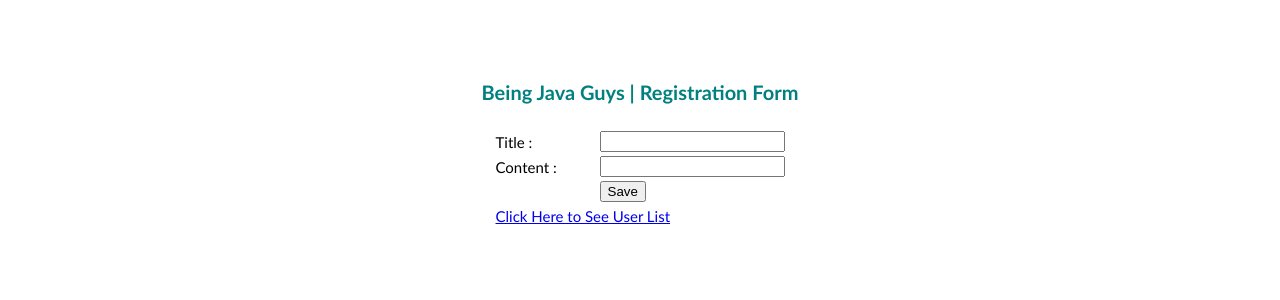
Repository: cs192-s2-2013/coffee
Page: http://localhost/BCOnlineClassroom/WEB-INF/jsp/submitpost.jsp
These files come from the project's save history. The page is drawn as it stood at one moment and after the next save; the edit follows.
The browser window is 1280 px wide. The pictures show the whole page.
The page is served by Tomcat 9. Nobody is signed in. The template is opened directly, without the code that normally fills it, so the values that code supplies are empty.

Above is the page before, as saved 2014-03-28 15:46:48.

After the next save:
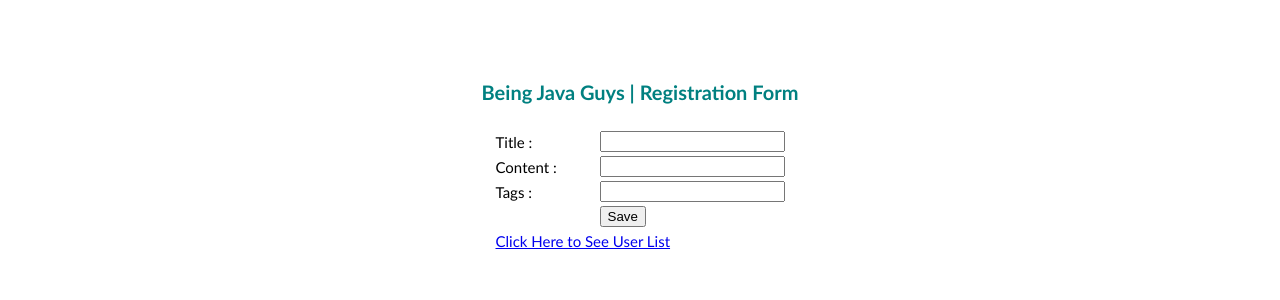
Saved 10 s later.
--- a/BCOnlineClassroom/WebContent/WEB-INF/jsp/submitpost.jsp
+++ b/BCOnlineClassroom/WebContent/WEB-INF/jsp/submitpost.jsp
@@ -42,6 +42,10 @@ td {
 						<td>Content :</td>
 						<td><form:input path="content" /></td>
 					</tr>
+										<tr>
+						<td>Tags :</td>
+						<td><form:input path="tag" /></td>
+					</tr>
 					<tr>
 						<td>&nbsp;</td>
 						<td><input type="submit" value="Save" /></td>
